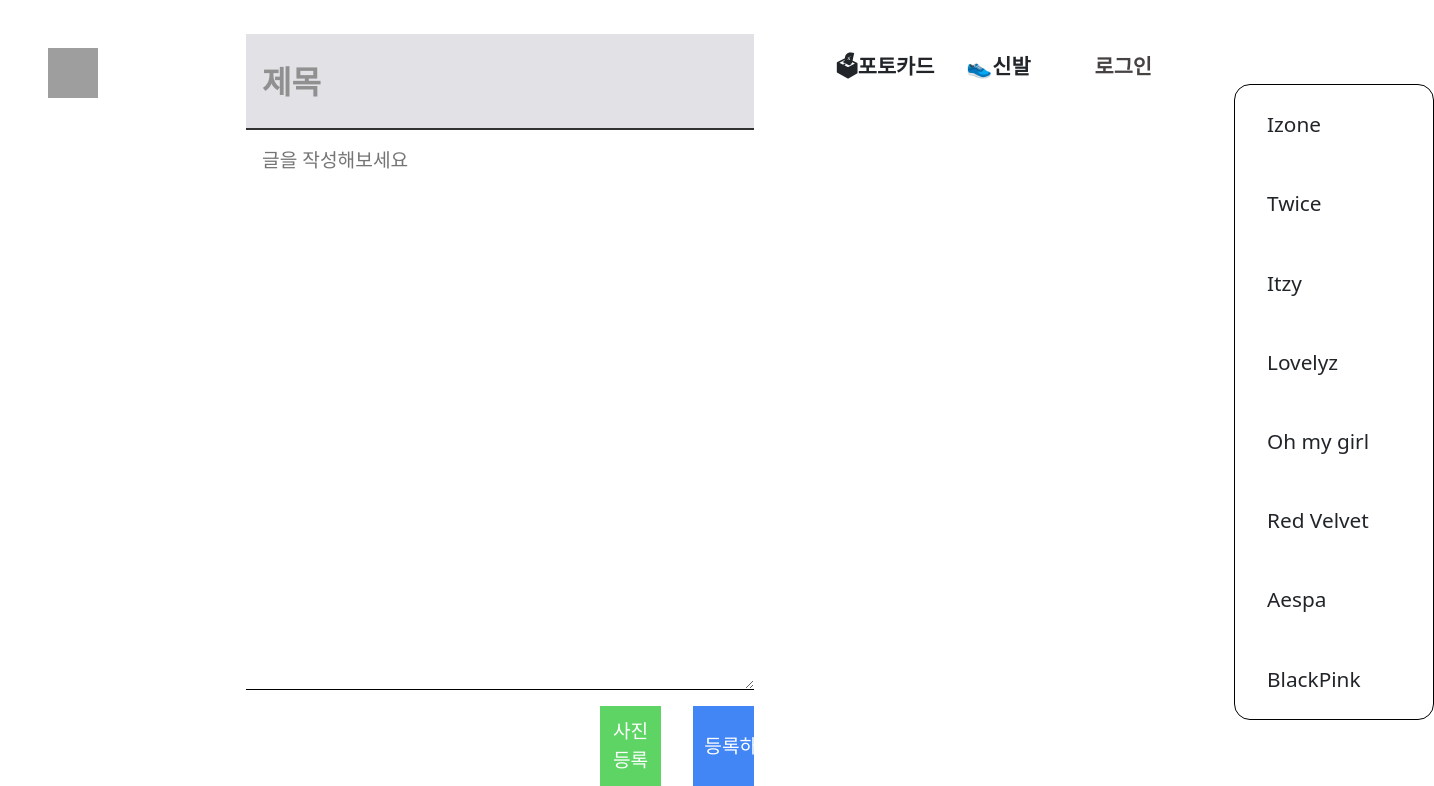
Repository: hwangstar156/goods-trader
Page: /write
An editor plug-in stored every save of this project. The page is shown before and after the next save, followed by the edit.
The browser window is 1280 px wide. The page is 1434 px wide, then 1328 px, so the pictures cover 1434 px, including what lies to the right of the window. The pictures show the whole page.
Pictures or frames that could not be fetched are drawn as grey boxes. Some web libraries are served in a nearby version. The project was rebuilt for these pictures with package versions that can differ from the ones it lists, and the page was loaded fresh each time. Also part of the build but not shown: src/App.css, src/component/sign-up/sign-up.component.jsx, src/component/sign-in/sign-in.styles.scss, src/component/sign-in/sign-in.component.jsx, src/component/with-spinner/withSpinner.styles.scss, src/component/with-spinner/withSpinner.component.jsx, src/pages/userprofile/userprofile.styles.scss, src/pages/userprofile/userprofile.utils.js and 8 more.

Above is the page before, as saved 2021-09-05 17:05:33.

### public/index.html
<!DOCTYPE html>
<html lang="en">
  <head>
    <meta charset="utf-8" />
    <link rel="icon" href="%PUBLIC_URL%/favicon.ico" />
    <meta name="viewport" content="width=device-width, initial-scale=1" />
    <meta name="theme-color" content="#000000" />
    <meta
      name="description"
      content="Web site created using create-react-app"
    />
    <link rel="apple-touch-icon" href="%PUBLIC_URL%/logo192.png" />

    <link rel="manifest" href="%PUBLIC_URL%/manifest.json" />
    <script src="https://kit.fontawesome.com/08c91e1c0e.js" crossorigin="anonymous"></script>
    <title>Goods trader</title>
  </head>
  <body>
    <div id="root"></div>
  </body>
</html>

### src/index.js
import React from "react";
import ReactDOM from "react-dom";
import "./index.css";
import App from "./App";
import reportWebVitals from "./reportWebVitals";
import { BrowserRouter } from "react-router-dom";
import { PersistGate } from "redux-persist/integration/react";
import { store, persistor } from "./redux/store";
import { Provider } from "react-redux";
import "bootstrap/dist/css/bootstrap.min.css";
ReactDOM.render(
  <Provider store={store}>
    <BrowserRouter>
      <PersistGate persistor={persistor}>
        <App />
      </PersistGate>
    </BrowserRouter>
  </Provider>,

  document.getElementById("root")
);

// If you want to start measuring performance in your app, pass a function
// to log results (for example: reportWebVitals(console.log))
// or send to an analytics endpoint. Learn more: https://bit.ly/CRA-vitals
reportWebVitals();

### src/App.js
import "./App.css";
import { Switch, Route, Redirect } from "react-router-dom";
import SignUpPage from "./component/sign-up/sign-up.component";
import SignInPage from "./component/sign-in/sign-in.component";
import UserProfileContainer from "./pages/userprofile/userprofile.container";
import React, { useEffect } from "react";
import Header from "./component/header/header.component";
import HomePage from "./pages/homepage.component";
import { useDispatch, useSelector } from "react-redux";
import { selectCurrentUser } from "./redux/user/user.selector";
import { checkUserSession } from "./redux/user/user.action";
import WritePage from "./pages/write/write.pages";
const App = () => {
  const currentUser = useSelector(selectCurrentUser);
  const dispatch = useDispatch();

  useEffect(() => {
    dispatch(checkUserSession());
  }, [dispatch]);
  return (
    <>
      <Header />
      <Switch>
        <Route exact path="/" render={() => <HomePage />} />
        <Route exact path="/signup" component={SignUpPage} />
        <Route
          exact
          path="/signin"
          render={() => (currentUser ? <Redirect to="/" /> : <SignInPage />)}
        />
        <Route exact path="/profile" component={UserProfileContainer}></Route>
        <Route exact path="/write" component={WritePage}></Route>
      </Switch>
    </>
  );
};

export default App;

### src/redux/store.js
import { createStore, applyMiddleware } from "redux";
import logger from "redux-logger";
import { persistStore } from "redux-persist";
import rootReducer from "./root-redux";
import { composeWithDevTools } from "redux-devtools-extension";
import createSagaMiddleware from "redux-saga";
import rootSaga from "./root-saga";

const sagaMiddleware = createSagaMiddleware();
const middlewares = [logger, sagaMiddleware];

const store = createStore(
  rootReducer,
  composeWithDevTools(applyMiddleware(...middlewares))
);
sagaMiddleware.run(rootSaga);
const persistor = persistStore(store);

export { store, persistor };

### src/pages/userprofile/userprofile.container.jsx
import WithSpinner from "../../component/with-spinner/withSpinner.component";
import UserProfilePage from "./userprofile.pages";
import { compose } from "redux";
import { connect } from "react-redux";
import { createStructuredSelector } from "reselect";
import { selectUserFetching } from "../../redux/user/user.selector";

const mapStateToProps = createStructuredSelector({
  isLoading: selectUserFetching,
});

const UserProfileContainer = compose(
  connect(mapStateToProps),
  WithSpinner
)(UserProfilePage);

export default UserProfileContainer;

### src/component/header/header.component.jsx
import React from "react";
import ProfileIcon from "../userprofile/profileicon.component";
import { Link, useHistory } from "react-router-dom";
import "./header.styles.scss";
import { useSelector } from "react-redux";
import {
  selectCurrentUser,
  selectUserLoggedIn,
} from "../../redux/user/user.selector";

const Header = () => {
  const currentUser = useSelector(selectCurrentUser);
  const isLoggedIn = useSelector(selectUserLoggedIn);
  const history = useHistory();
  const handleLogoClick = () => {
    history.push("/");
  };

  return (
    <>
      <div className="header-container">
        <div className="logo" onClick={handleLogoClick}>
          <img
            src="https://www.freepnglogos.com/uploads/logo-website-png/logo-website-file-globe-icon-svg-wikimedia-commons-21.png"
            alt=""
            className="logo-img"
          />
        </div>
        <div className="header-element">
          {isLoggedIn ? (
            <Link className="header-write" to="/write">
              📝글쓰기
            </Link>
          ) : null}

          <div className="header-photocard">🗳포토카드</div>
          <div className="header-sneakers">👟신발</div>
          {currentUser ? (
            <ProfileIcon />
          ) : (
            <Link to="/signin" className="sign-in-btn">
              로그인
            </Link>
          )}
        </div>
      </div>
    </>
  );
};

export default Header;

### src/redux/user/user.selector.js
import { createSelector } from "reselect";

const selectUser = (state) => state.user;

export const selectCurrentUser = createSelector(
  [selectUser],
  (user) => user.currentUser
);

export const selectUserError = createSelector(
  [selectUser],
  (user) => user.error
);

export const selectUserFetching = createSelector(
  [selectUser],
  (user) => user.isFetching
);

export const selectUserLoggedIn = createSelector(
  [selectUser],
  (user) => user.isLoggedIn
);

### src/redux/user/user.action.js
import { UserActionTypes } from "./user.types";

export const googleSignInStart = () => ({
  type: UserActionTypes.GOOGLE_SIGN_IN_START,
});

export const emailSignInStart = (emailAndPassword) => ({
  type: UserActionTypes.EMAIL_SIGN_IN_START,
  payload: emailAndPassword,
});

export const signInSuccess = (user) => ({
  type: UserActionTypes.SIGN_IN_SUCCESS,
  payload: user,
});

export const signInFailure = (err) => ({
  type: UserActionTypes.SIGN_IN_FAILURE,
  payload: err,
});

export const checkUserSession = () => ({
  type: UserActionTypes.CHECK_USER_SESSION,
});

export const signOutStart = () => ({
  type: UserActionTypes.SIGN_OUT_START,
});

export const signOutSuccess = () => ({
  type: UserActionTypes.SIGN_OUT_SUCCESS,
});

export const signOutFailure = (err) => ({
  type: UserActionTypes.SIGN_OUT_FAILURE,
  payload: err,
});

export const signUpStart = (userObj) => ({
  type: UserActionTypes.SIGN_UP_START,
  payload: userObj,
});

export const signUpSuccess = ({ user, additionalData }) => ({
  type: UserActionTypes.SIGN_UP_SUCCESS,
  payload: { user, additionalData },
});

export const signUpFailure = (err) => ({
  type: UserActionTypes.SIGN_UP_FAILURE,
  payload: err,
});

export const refreshUserStart = () => ({
  type: UserActionTypes.REFRESH_USER_START,
});

export const refreshUserSuccess = (user) => ({
  type: UserActionTypes.REFRESH_USER_SUCCESS,
  payload: user,
});

export const refreshUserFailure = (err) => ({
  type: UserActionTypes.REFRESH_USER_FAILURE,
  payload: err,
});

### src/pages/write/write.pages.jsx
import React from "react";
import { useState } from "react";
import { useSelector } from "react-redux";
import { firestore, storageRef } from "../../firebase/firebase.utils";
import { selectCurrentUser } from "../../redux/user/user.selector";
import { v4 as uuidv4 } from "uuid";
import { useRef } from "react";
import MenuAside from "../../component/menu-aside/menu-aside.component";
import "github-markdown-css";
import "./write.styles.scss";
const WritePage = () => {
  const imgRef = useRef(null);
  const currentUser = useSelector(selectCurrentUser);
  const [text, setText] = useState({
    headText: "",
    mainText: "",
  });
  const [file, setFile] = useState("");
  const { headText, mainText } = text;

  const onSubmit = async (e) => {
    e.preventDefault();
    let fileUrl = "";
    const fileRef = storageRef.child(`${currentUser.id}/${uuidv4()}`);
    const responce = await fileRef.put(file);
    console.log(responce);
    responce.ref.getDownloadURL().then((url) => {
      fileUrl = url;
      imgRef.current.src = url;
    });

    const writing = {
      headText,
      mainText,
      createAt: Date.now(),
      fileUrl,
    };
    firestore.collection("writings").add(writing);
    setFile("");
    setText({
      ...text,
      headText: "",
      mainText: "",
    });
  };

  const onChangeTextInput = (e) => {
    const name = e.target.name;
    setText({
      ...text,
      [name]: e.target.value,
    });
  };

  const onChangeFiles = (e) => {
    const theFile = e.target.files[0];
    if (!theFile) {
      return;
    }
    if (!theFile.type.match(/image.*/)) {
      return;
    }
    setFile(theFile);
  };

  return (
    <div className="write-container">
      <form onSubmit={onSubmit} className="inputs-form">
        <input
          type="text"
          name="headText"
          className="head-input"
          value={headText}
          placeholder="제목"
          onChange={onChangeTextInput}
        />
        <textarea
          type="text"
          placeholder="글을 작성해보세요"
          className="main-input"
          name="mainText"
          value={mainText}
          onChange={onChangeTextInput}
        />
        <input
          type="file"
          accept="image/*"
          onChange={onChangeFiles}
          className="file-input"
        />
        <footer className="footer-element">
          <button type="button" className="file-btn">
            사진 등록
          </button>
          <input type="submit" className="submit-btn" value="등록하기" />
        </footer>
      </form>
      <MenuAside className="menu-aside" />
      <div className="image-preview">
        <img src="" alt="" ref={imgRef} />
      </div>
    </div>
  );
};

export default WritePage;

### src/redux/root-redux.js
import { combineReducers } from "redux";
import { persistReducer } from "redux-persist";
import storage from "redux-persist/lib/storage";
import idolReducer from "./idol/idol.reducer";
import userReducer from "./user/user.reducer";
const persistConfig = {
  key: "root",
  storage,
  whitelist: ["cart"],
};

const rootReducer = combineReducers({
  user: userReducer,
  idol: idolReducer,
});

export default persistReducer(persistConfig, rootReducer);

### src/redux/root-saga.js
import { all, call } from "redux-saga/effects";
import { userSagas } from "./user/user.saga";
export default function* rootSaga() {
  yield all([call(userSagas)]);
}

### src/component/sign-up/sign-up.styles.scss
@import url("https://fonts.googleapis.com/css2?family=Poppins&display=swap");
@import url("https://fonts.googleapis.com/css2?family=Jua&display=swap");

* {
  box-sizing: content-box;
  margin: 0;
}
.sign-up-page {
  width: 100%;
  height: 100vh;
  font-family: "Jua", sans-serif;
  & .form-input {
    display: flex;
    flex-direction: column;
    width: 35%;
    justify-content: center;
    margin: 0 auto;
    margin-top: 4rem;
    background-color: skyblue;
    padding: 3rem;
    border-radius: 1rem;

    & h3 {
      font-size: 2rem;
      text-align: center;
      color: black;
    }

    & .sign-up-input {
      margin-top: 2rem;
      height: 3rem;
      background-color: lightgray;
      border: 1px solid black;
      border-radius: 0.5rem;
      font-size: 1rem;
      letter-spacing: 0.1rem;
      padding-left: 1rem;
      &::placeholder {
        letter-spacing: normal;
        font-size: 80%;
        opacity: 1;
      }
    }
  }

  & .sign-up-title {
    display: flex;
    font-style: italic;
    padding-top: 3rem;
    font-size: 3em;

    color: tomato;
    justify-content: center;

    & strong {
      color: blue;
    }
  }

  & .submit-btn {
    width: 20%;
    margin: 4rem auto 0 auto;
    padding: 1rem;
    border-radius: 1.5rem;
    border: transparent;
    background-color: #4285f4;
    color: white;
    font-size: 1rem;

    &:hover {
      cursor: pointer;
      background-color: #357ae8;
    }
  }
}

### src/component/header/header.styles.scss
@import url("https://fonts.googleapis.com/css2?family=Jua&display=swap");

.header-container {
  display: flex;
  position: relative;
  left: 3rem;
  top: 3rem;
  & .logo-img {
    width: 50px;
    height: 50px;
    cursor: pointer;
  }

  & .header-element {
    display: flex;
    position: absolute;
    right: 11rem;
    font-size: 1.3rem;
    line-height: 40px;
    font-weight: 600;
    font-family: "Jua", sans-serif;

    & .header-write {
      text-decoration: none;
      color: rgb(71, 66, 66);
    }

    & .sign-in-btn {
      text-decoration: none;
      color: rgb(71, 66, 66);
    }
    & .header-write {
      margin-right: 2rem;
    }

    & .header-photocard {
      margin-right: 2rem;
    }

    & .header-sneakers {
      margin-right: 4rem;
    }
  }
}

### src/redux/user/user.types.js
export const UserActionTypes = {
  GOOGLE_SIGN_IN_START: "GOOGLE_SIGN_IN_START",
  EMAIL_SIGN_IN_START: "EMAIL_SIGN_IN_START",
  SIGN_IN_SUCCESS: "SIGN_IN_SUCCESS",
  SIGN_IN_FAILURE: "SIGN_IN_FAILURE",
  CHECK_USER_SESSION: "CHECK_USER_SESSION",
  SIGN_OUT_START: "SIGN_OUT_START",
  SIGN_OUT_SUCCESS: "SIGN_OUT_SUCCESS",
  SIGN_OUT_FAILURE: "SIGN_OUT_FAILURE",
  SIGN_UP_START: "SIGN_UP_START",
  SIGN_UP_SUCCESS: "SIGN_UP_SUCCESS",
  SIGN_UP_FAILURE: "SIGN_UP_FAILURE",
  CHANGE_USER_IMAGE: "CHANGE_USER_IMAGE",
  REFRESH_USER_START: "REFRESH_USER_START",
  REFRESH_USER_SUCCESS: "REFRESH_USER_REFRESH_USER_SUCCESS",
  REFRESH_USER_FAILURE: "REFRESH_USER_FAILURE",
};

### src/component/menu-aside/menu-aside.component.jsx
import React from "react";
import "./menu-aside.styles.scss";
const MenuAside = () => {
  return (
    <aside>
      <ul className="menu-aside">
        <li>Izone</li>
        <li>Twice</li>
        <li>Itzy</li>
        <li>Lovelyz</li>
        <li>Oh my girl</li>
        <li>Red Velvet</li>
        <li>Aespa</li>
        <li>BlackPink</li>
      </ul>
    </aside>
  );
};

export default MenuAside;

### src/pages/write/write.styles.scss
.write-container {
  height: 100vh;
  display: flex;
  justify-content: center;
  align-items: center;



  & .inputs-form {
    display: flex;
    flex-direction: column;
    margin-left: 25rem;
    margin-right: 25rem;
    width: 900px;
    & .head-input {
      height: 6rem;
      border: none;
      border-bottom: 2px solid black;
      background-color: rgb(218, 218, 224);
      opacity: 0.8;
      padding-left: 1rem;
      font-weight: 600;
      font-size: 2rem;
      &:focus {
        outline: none;
      }
    }

    & .main-input {
      border: none;
      border-bottom: 1px solid black;
      height: 35rem;
      padding: 1rem 0 0 1rem;
      font-size: 1.2rem;
      &:focus {
        outline: none;
      }
    }

     & .file-input{
         display: none;
     }
    & .footer-element{
        display: flex;
        & .file-btn{
            width: 12%;
            padding: 0.7rem;
            margin-left: auto;
            margin-top: 1rem;
            margin-right: 2rem;
            color: white;
            border: none;
            font-size: 1.2rem;
            background-color: #5ed464;
            &:hover{
                background-color: #45be4b;
            }
        }
        & .submit-btn{
            width: 12%;
            padding: 0.7rem;
            margin-top: 1rem;
            color: white;
            border: none;
            font-size: 1.2rem;
            background-color: #4285f4;
            &:hover{
                background-color: #357ae8;
            }
        }
    }
  }
}

### src/redux/idol/idol.reducer.js
import idolData from "./idol.data";
import IdolTypeActions from "./idol.type";
const idolReducer = (state = idolData, action) => {
  switch (action.type) {
    case IdolTypeActions.CHANGE_IMAGE_SIZE:
      return {
        ...state,
        imageUrl: action.payload,
      };
    default:
      return state;
  }
};

export default idolReducer;

### src/redux/user/user.reducer.js
import { UserActionTypes } from "./user.types";

const INITIAL_STATE = {
  currentUser: null,
  error: null,
  isFetching: true,
  isLoggedIn: false,
};

const userReducer = (state = INITIAL_STATE, action) => {
  switch (action.type) {
    case UserActionTypes.REFRESH_USER_START:
    case UserActionTypes.CHECK_USER_SESSION:
      return {
        ...state,
        isFetching: true,
      };
    case UserActionTypes.REFRESH_USER_SUCCESS:
    case UserActionTypes.SIGN_IN_SUCCESS:
      return {
        ...state,
        currentUser: action.payload,
        error: null,
        isFetching: false,
        isLoggedIn: true,
      };
    case UserActionTypes.SIGN_OUT_SUCCESS:
      return {
        ...state,
        currentUser: null,
        error: null,
        isLoggedIn: false,
      };
    case UserActionTypes.REFRESH_USER_FAILURE:
    case UserActionTypes.SIGN_IN_FAILURE:
    case UserActionTypes.SIGN_OUT_FAILURE:
    case UserActionTypes.SIGN_UP_FAILURE:
      return {
        ...state,
        error: action.payload,
      };
    default:
      return state;
  }
};

export default userReducer;

### src/component/menu-aside/menu-aside.styles.scss
.menu-aside {
    list-style: none;
    min-width: 200px;
    margin-left: 5rem;
    border-radius: 1rem;
    border: 1px solid black;
    padding-left: 0;

    & li {
        margin-left: 0;
      padding: 1.5rem 0 1.5rem 2rem;
      font-size: 1.3rem;
      border-radius: 1rem;
      &:hover{
          background-color: rgb(169, 169, 255);
          color: white;
        cursor:pointer;
      }
    }
  }

### src/redux/idol/idol.data.js
const idolData = {
  sections: [
    {
      title: "아이즈원",
      imageUrl:
        "https://data.ygosu.com/editor/attach/20190226/20190226183618_zltermyq.png",
      id: 1,
      linkUrl: "collection/izone",
    },
    {
      title: "트와이스",
      imageUrl: "https://pbs.twimg.com/media/Cy3Wj-5UAAAnKhC.jpg",
      id: 2,
      linkUrl: "collection/twice",
    },
    {
      title: "itzy",
      imageUrl: "https://t1.daumcdn.net/cfile/tistory/998490455C7ABBF703",
      id: 3,
      linkUrl: "collection/itzy",
    },
    {
      title: "러블리즈",
      imageUrl: "https://pbs.twimg.com/media/DNoNIHMUEAAQRai.jpg:large",
      id: 4,
      linkUrl: "collection/lovelyz",
    },
    {
      title: "오마이걸",
      imageUrl:
        "https://blog.kakaocdn.net/dn/tegj9/btqyuFpCiAj/KCKVi3ABV1KA1duQLSm1c1/img.jpg",
      id: 5,
      linkUrl: "collection/omygirl",
    },
    {
      title: "레드벨벳",
      imageUrl:
        "https://blog.kakaocdn.net/dn/bvtVxD/btqMfhWcXgE/anTtVfo6r12XiVNOLuhlkK/img.png",
      id: 6,
      linkUrl: "collection/redvelvet",
    },
    {
      title: "에스파",
      imageUrl: "https://pbs.twimg.com/media/Er64LL-VQAA708Y.jpg",
      id: 7,
      linkUrl: "collection/aespa",
    },
    {
      title: "블랙핑크",
      imageUrl:
        "https://www.wallpapertip.com/wmimgs/96-966442_blackpink-hd.jpg",
      id: 8,
      linkUrl: "collection/blackpink",
    },
  ],
};

export default idolData;

### src/redux/idol/idol.type.js
const IdolTypeActions = {
  CHANGE_IMAGE_SIZE: "CHANGE_IMAGE_SIZE",
};

export default IdolTypeActions;

### src/menu-item/menu-item.styles.scss
* {
  box-sizing: content-box;
  margin: 0;
}

.menu-item {
  overflow: hidden;
  min-width: 30%;
  &:hover {
    cursor: pointer;

    & .background-image {
      transform: scale(1.04);
      transition: transform 2s cubic-bezier(0.25, 0.45, 0.45, 0.95);

      & .content {
        opacity: 0.9;
      }
    }
  }
  & .background-image {
    position: relative;
    height: 700px;

    background-size: cover;
    background-repeat: no-repeat;
    background-position: center;

    & .content {
      position: absolute;
      width: 7.5rem;
      height: 7.5rem;
      display: flex;
      flex-direction: column;
      align-items: center;
      justify-content: center;
      border: 1px solid black;
      top: 50%;
      left: 50%;
      background-color: white;
      opacity: 0.7;
      transform: translate(-50%, -50%);
      border-radius: 0.5rem;
      & .title {
        font-weight: bold;
        margin: 0 3px 0;
        font-size: 20px;
        color: #4a4a4a;
        font-family: sans-serif;
      }
    }
  }
}

Loaded but not shown: src/index.css (common file); src/reportWebVitals.js (common file); src/redux/user/user.saga.js (119 lines, source omitted); src/firebase/firebase.utils.js (87 lines, source omitted)

After the next save:
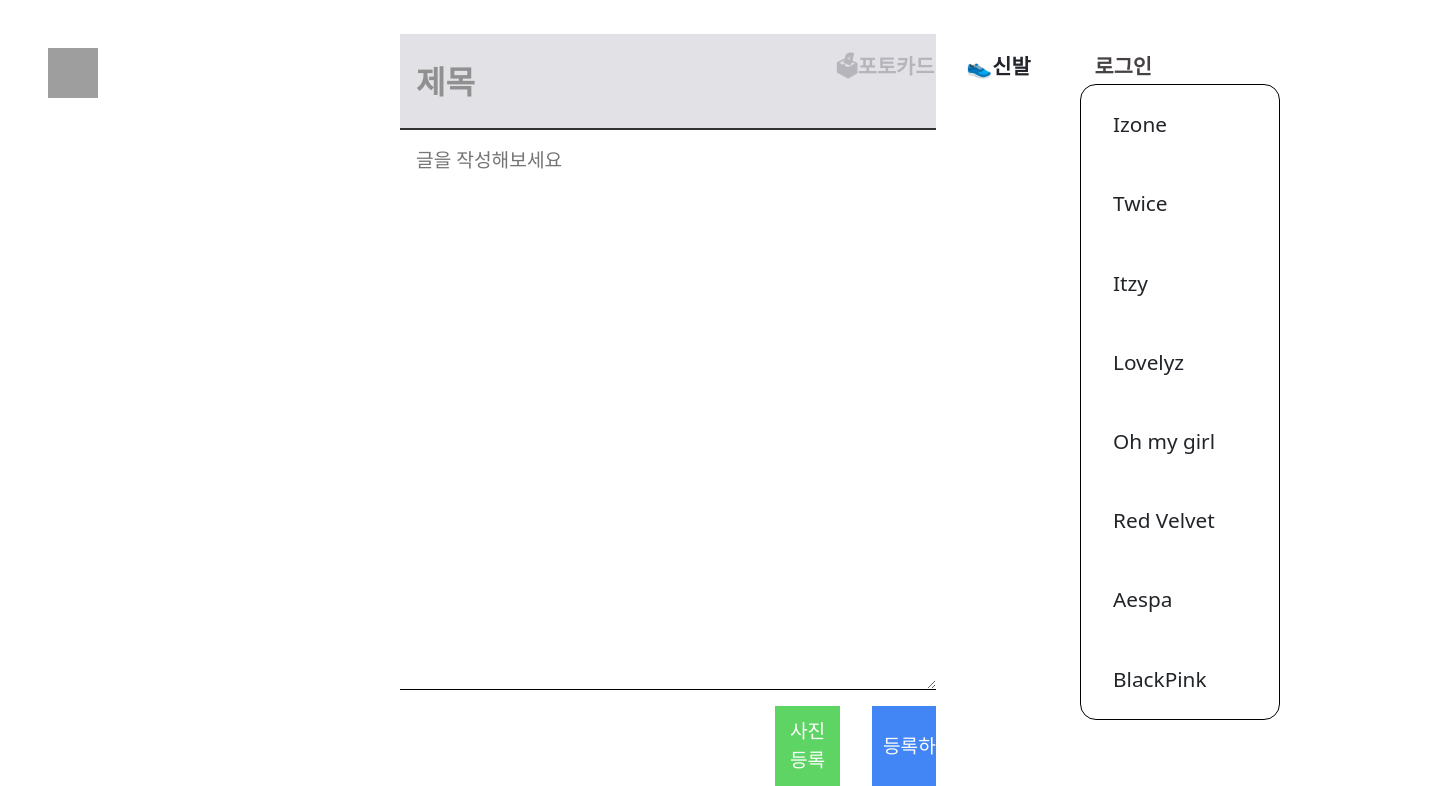
Saved 9 s later.
--- a/src/pages/write/write.styles.scss
+++ b/src/pages/write/write.styles.scss
@@ -10,7 +10,7 @@
     display: flex;
     flex-direction: column;
     margin-left: 25rem;
-    margin-right: 25rem;
+    margin-right: 4rem;
     width: 900px;
     & .head-input {
       height: 6rem;
